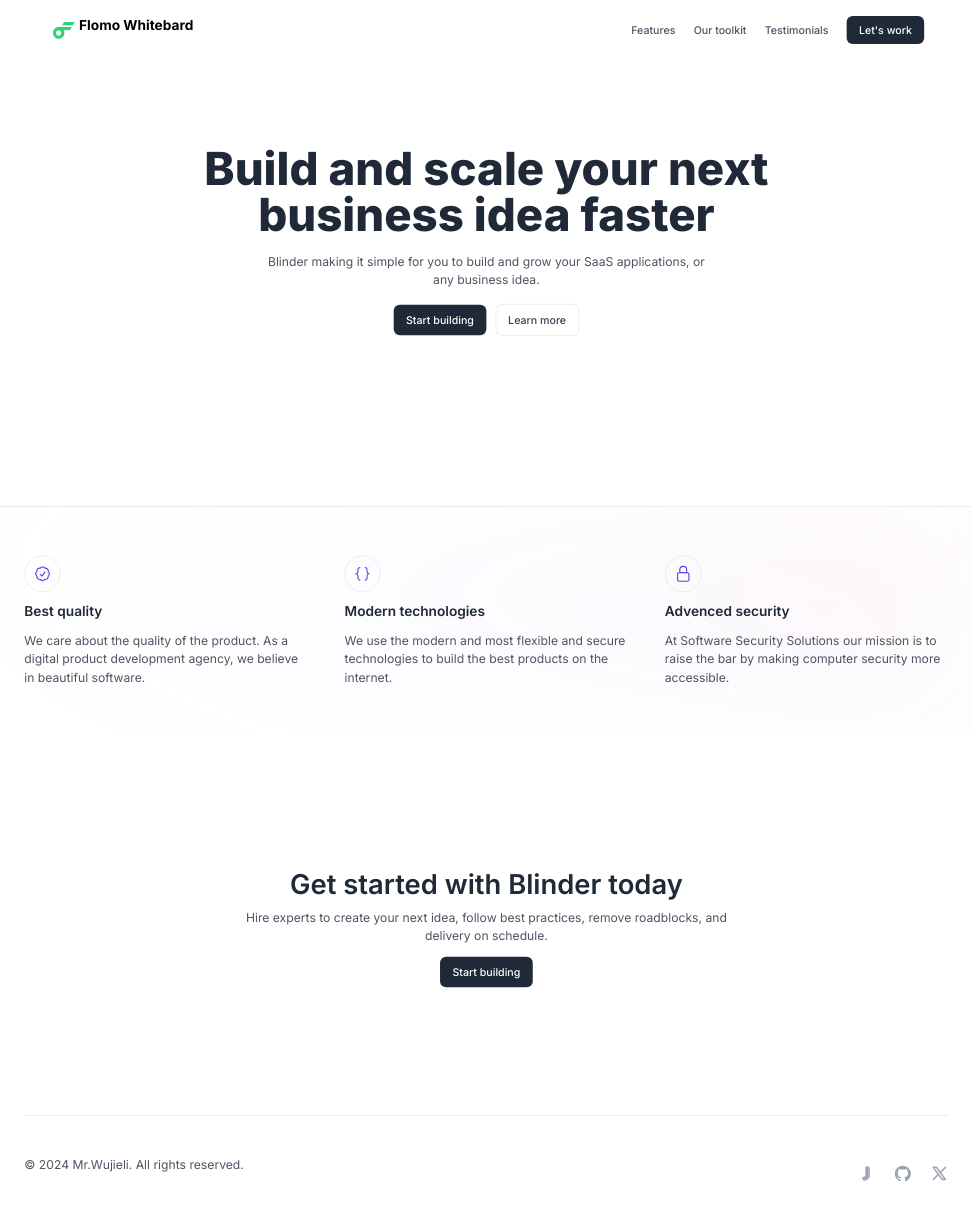
Repository: wujieli0207/flomo-board
Page: /
The author's editor kept a copy of each file at every save. The page is drawn from the files as they stood at one save, then again after the next save.
The browser window is 1280 px wide. The pictures show the whole page, at 76% of full size.
The project was rebuilt for these pictures with package versions that can differ from the ones it lists, and the page was loaded fresh each time. The framework's server and built-in components were replaced by stand-ins that run in the browser. Also part of the build but not shown: next.config.mjs.

Above is the page before, as saved 2024-06-22 20:00:23.

### app/page.tsx
import GradientWrapper from '@/components/GradientWrapper'
import Features from '@/components/ui/Features'
import Footer from '@/components/ui/Footer'
import FooterCTA from '@/components/ui/FooterCTA'
import Hero from '@/components/ui/Hero'
import Navbar from '@/components/ui/Navbar'

export default function Home() {
  return (
    <>
      <Navbar />
      <main className="flex min-h-screen flex-col items-center justify-between">
        <Hero />
        <GradientWrapper>
          <Features />
        </GradientWrapper>
        <FooterCTA />
      </main>
      <Footer />
    </>
  )
}

### app/globals.css
@tailwind base;
@tailwind components;
@tailwind utilities;

.custom-screen {
  @apply max-w-screen-xl mx-auto px-4 md:px-8;
}

.gradient-border {
  border: 1px solid transparent;
  background: linear-gradient(white, white),
    linear-gradient(
      25deg,
      rgba(209, 213, 219, 1),
      rgba(209, 213, 219, 1),
      rgba(0, 0, 0, 0.63),
      rgba(209, 213, 219, 1),
      rgba(209, 213, 219, 1)
    );
  background-clip: padding-box, border-box;
  background-origin: padding-box, border-box;
}

### components/GradientWrapper.tsx
import { ReactNode } from 'react'

interface IProps {
  children: ReactNode
  className?: string
}

const GradientWrapper = ({ children, className = '' }: IProps) => (
  <div
    className={`relative overflow-hidden my-16 border-t sm:my-28 ${
      className ?? ''
    }`}
  >
    <div
      className="blur-[100px] absolute inset-0 w-full h-full"
      style={{
        background:
          'linear-gradient(202.72deg, rgba(237, 78, 80, 0.05) 14.76%, rgba(152, 103, 240, 0.04) 34.37%, rgba(152, 103, 240, 0) 86.62%)',
      }}
    ></div>
    <div className="relative">{children}</div>
  </div>
)

export default GradientWrapper

### components/ui/Features/index.tsx
import SectionWrapper from '../../SectionWrapper'

const Features = () => {
  const features = [
    {
      icon: (
        <svg
          xmlns="http://www.w3.org/2000/svg"
          fill="none"
          viewBox="0 0 24 24"
          strokeWidth={1.5}
          stroke="currentColor"
          className="w-6 h-6"
        >
          <path
            strokeLinecap="round"
            strokeLinejoin="round"
            d="M9 12.75L11.25 15 15 9.75M21 12c0 1.268-.63 2.39-1.593 3.068a3.745 3.745 0 01-1.043 3.296 3.745 3.745 0 01-3.296 1.043A3.745 3.745 0 0112 21c-1.268 0-2.39-.63-3.068-1.593a3.746 3.746 0 01-3.296-1.043 3.745 3.745 0 01-1.043-3.296A3.745 3.745 0 013 12c0-1.268.63-2.39 1.593-3.068a3.745 3.745 0 011.043-3.296 3.746 3.746 0 013.296-1.043A3.746 3.746 0 0112 3c1.268 0 2.39.63 3.068 1.593a3.746 3.746 0 013.296 1.043 3.746 3.746 0 011.043 3.296A3.745 3.745 0 0121 12z"
          />
        </svg>
      ),
      title: 'Best quality',
      desc: 'We care about the quality of the product. As a digital product development agency, we believe in beautiful software.',
    },
    {
      icon: (
        <svg
          className="w-6 h-6"
          viewBox="0 0 24 24"
          fill="none"
          xmlns="http://www.w3.org/2000/svg"
        >
          <path
            fill-rule="evenodd"
            clip-rule="evenodd"
            d="M9 4.476V3H8.865C8.3955 3 7.941 3.093 7.5015 3.2775C7.06407 3.46087 6.66854 3.73136 6.339 4.0725C6.01829 4.39483 5.76667 4.77915 5.5995 5.202V5.2035C5.45069 5.60502 5.35097 6.02305 5.3025 6.4485V6.4515C5.25984 6.8816 5.24781 7.31419 5.2665 7.746C5.2845 8.181 5.2935 8.616 5.2935 9.0495C5.2935 9.354 5.2335 9.639 5.118 9.9075V9.909C4.89786 10.433 4.48805 10.8546 3.9705 11.0895C3.70659 11.2048 3.42148 11.2635 3.1335 11.262H3V12.738H3.135C3.4275 12.738 3.705 12.798 3.969 12.9195L3.9705 12.921C4.2375 13.038 4.464 13.197 4.653 13.398L4.656 13.401C4.851 13.596 5.0055 13.8285 5.1165 14.0985L5.118 14.1015C5.235 14.3715 5.2935 14.6535 5.2935 14.9505C5.2935 15.3855 5.2845 15.8205 5.2665 16.254C5.2485 16.698 5.2605 17.1315 5.3025 17.559V17.5605C5.352 17.985 5.451 18.3975 5.598 18.7965V18.798C5.757 19.2075 6.0045 19.584 6.339 19.9275C6.6735 20.2725 7.062 20.538 7.5015 20.7225C7.941 20.907 8.3955 21 8.8665 21H9V19.524H8.865C8.565 19.524 8.2845 19.467 8.0205 19.3515C7.76585 19.2325 7.53389 19.0701 7.335 18.8715C7.14192 18.666 6.98519 18.4291 6.8715 18.171C6.7605 17.901 6.7065 17.616 6.7065 17.3115C6.7065 16.9695 6.711 16.632 6.723 16.3035C6.735 15.9615 6.735 15.6285 6.723 15.306C6.71771 14.9845 6.69015 14.6637 6.6405 14.346C6.59278 14.0326 6.50819 13.726 6.3885 13.4325C6.15504 12.8646 5.77322 12.3698 5.283 12C5.77377 11.6304 6.15612 11.1356 6.39 10.5675C6.51 10.2795 6.5925 9.978 6.642 9.6645C6.6915 9.3495 6.7185 9.03 6.7245 8.7045C6.7365 8.3745 6.7365 8.0415 6.7245 7.7055C6.7125 7.3695 6.7065 7.0305 6.7065 6.6885C6.7039 6.25858 6.82703 5.83727 7.06076 5.47643C7.29448 5.11558 7.6286 4.83093 8.022 4.6575C8.28687 4.53605 8.57512 4.4741 8.8665 4.476H9ZM15 19.524V21H15.135C15.6045 21 16.059 20.907 16.4985 20.7225C16.938 20.538 17.3265 20.2725 17.661 19.9275C17.9955 19.5825 18.243 19.2075 18.4005 18.798V18.7965C18.5505 18.3975 18.648 17.982 18.6975 17.5515V17.5485C18.7395 17.1285 18.7515 16.698 18.7335 16.254C18.7155 15.819 18.7065 15.384 18.7065 14.9505C18.7065 14.646 18.7665 14.361 18.882 14.0925V14.091C19.1019 13.5668 19.5118 13.1452 20.0295 12.9105C20.2935 12.7954 20.5785 12.7367 20.8665 12.738H21V11.262H20.865C20.571 11.262 20.2935 11.202 20.0295 11.0805L20.028 11.079C19.7705 10.968 19.5382 10.8057 19.3455 10.602L19.3425 10.599C19.1443 10.3993 18.9878 10.1622 18.882 9.9015V9.8985C18.7648 9.63083 18.7045 9.34171 18.705 9.0495C18.705 8.6145 18.714 8.1795 18.732 7.746C18.7507 7.3107 18.7387 6.87461 18.696 6.441V6.4395C18.6474 6.01715 18.5482 5.60217 18.4005 5.2035V5.202C18.2329 4.77902 17.9807 4.39469 17.6595 4.0725C17.3299 3.7314 16.9344 3.46091 16.497 3.2775C16.0653 3.09415 15.601 2.99977 15.132 3H15V4.476H15.135C15.435 4.476 15.7155 4.533 15.978 4.6485C16.239 4.7715 16.467 4.9305 16.6635 5.1285C16.854 5.3295 17.0085 5.5635 17.127 5.829C17.238 6.099 17.292 6.384 17.292 6.6885C17.292 7.0305 17.2875 7.3665 17.2755 7.6965C17.2635 8.0385 17.2635 8.3715 17.2755 8.694C17.2815 9.027 17.3085 9.3465 17.358 9.654C17.4075 9.975 17.4915 10.278 17.61 10.5675C17.8439 11.1356 18.2263 11.6303 18.717 12C18.2263 12.3697 17.8439 12.8644 17.61 13.4325C17.4912 13.7227 17.4066 14.0257 17.358 14.3355C17.3085 14.6505 17.2815 14.97 17.2755 15.2955C17.2634 15.6284 17.2634 15.9616 17.2755 16.2945C17.2875 16.6305 17.2935 16.9695 17.2935 17.3115C17.2959 17.7414 17.1727 18.1626 16.939 18.5234C16.7053 18.8842 16.3713 19.1689 15.978 19.3425C15.7131 19.4639 15.4249 19.5259 15.1335 19.524H15Z"
            fill="currentColor"
          />
        </svg>
      ),
      title: 'Modern technologies',
      desc: 'We use the modern and most flexible and secure technologies to build the best products on the internet.',
    },
    {
      icon: (
        <svg
          xmlns="http://www.w3.org/2000/svg"
          fill="none"
          viewBox="0 0 24 24"
          strokeWidth={1.5}
          stroke="currentColor"
          className="w-6 h-6"
        >
          <path
            strokeLinecap="round"
            strokeLinejoin="round"
            d="M16.5 10.5V6.75a4.5 4.5 0 10-9 0v3.75m-.75 11.25h10.5a2.25 2.25 0 002.25-2.25v-6.75a2.25 2.25 0 00-2.25-2.25H6.75a2.25 2.25 0 00-2.25 2.25v6.75a2.25 2.25 0 002.25 2.25z"
          />
        </svg>
      ),
      title: 'Advenced security',
      desc: 'At Software Security Solutions our mission is to raise the bar by making computer security more accessible.',
    },
  ]

  return (
    <SectionWrapper>
      <div id="features" className="custom-screen text-gray-600">
        <ul className="grid gap-x-12 gap-y-8 sm:grid-cols-2 lg:grid-cols-3">
          {features.map((item, idx) => (
            <li key={idx} className="space-y-3">
              <div className="w-12 h-12 border text-indigo-600 rounded-full flex items-center justify-center">
                {item.icon}
              </div>
              <h4 className="text-lg text-gray-800 font-semibold">
                {item.title}
              </h4>
              <p>{item.desc}</p>
            </li>
          ))}
        </ul>
      </div>
    </SectionWrapper>
  )
}

export default Features

### components/ui/Footer/index.tsx
import Link from 'next/link'

const socialInfo = [
  {
    icon: (
      <svg
        className="fill-current h-6"
        viewBox="0 0 1024 1024"
        version="1.1"
        xmlns="http://www.w3.org/2000/svg"
        p-id="11966"
      >
        <path
          d="M297.88660622 864.60698169a17.99472925 17.99472925 0 0 1-1.92238933 0.35535076l61.27179093 59.73970488c58.91832035-5.41181725 116.59000035-20.90744035 159.05150293-36.26325333 42.49645511-15.39076551 77.44316302-35.15642311 104.9100288-59.38435413a221.79130027 221.79130027 0 0 0 61.02129778-87.27647574c13.18293049-33.98551325 19.77148302-73.20225565 19.77148302-117.66187804V404.55008711c0-49.51608889 0.18058809-92.43779982 0.53593885-128.73600569 0.35535075-36.3331584 0.57089138-69.10698382 0.57089138-98.42633387l-68.53609245-54.67741297c0 29.24361955-0.18058809 62.01744498-0.53593884 98.31565084s-0.53593885 79.22574222-0.53593884 128.73600569v219.57763982c0 44.45379698-6.58855253 83.6763648-19.77148303 117.62692552a221.8786816 221.8786816 0 0 1-61.02129777 87.27647573c-27.43191325 24.2221056-62.40774827 44.02854115-104.9100288 59.38435413-41.93138915 15.16357405-91.9076864 25.49787307-149.89976463 30.97959538z"
          p-id="11967"
        ></path>
        <path
          d="M634.59018525 122.59965155c0 29.27857209-0.21554062 62.08735005-0.57089138 98.39138134a13396.43221333 13396.43221333 0 0 0-0.53593885 128.77678364v219.57763982c0 44.45379698-6.58855253 83.6763648-19.80643555 117.62692552a221.85537991 221.85537991 0 0 1-60.98634525 87.27647573c-27.46686578 24.2221056-62.44852622 44.02854115-104.9100288 59.38435413s-93.15432675 25.75419165-152.07264711 31.17183432l-33.05927111-142.02379378c26.85519645-2.98261618 53.48320142-7.79441493 79.68595058-14.38879289a165.97210453 165.97210453 0 0 0 59.62902187-28.46301298c18.05880889-14.06839467 31.70194773-31.77767822 40.96436906-53.1103744 9.19251627-21.3385216 13.78294898-49.51608889 13.78294898-84.5676544 0-28.21251982 0.1048576-57.92217315 0.28544569-89.19886507 0.18058809-31.24173938 0.25049315-63.51457849 0.25049315-96.74861226 0-57.85226809-0.25049315-103.83815111-0.786432-137.99842702-0.57089138-34.16027591-0.9961472-66.04281173-1.35149795-95.68256h179.42882987l0.0524288-0.0233017z"
          p-id="11968"
        ></path>
      </svg>
    ),
    href: 'https://web.okjike.com/u/737645D8-42B5-4B4F-9687-DCA50D85DE1A',
  },
  {
    icon: (
      <svg
        className="fill-current h-6 icon"
        viewBox="0 0 1024 1024"
        version="1.1"
        xmlns="http://www.w3.org/2000/svg"
        p-id="10708"
      >
        <path
          d="M511.6 76.3C264.3 76.2 64 276.4 64 523.5 64 718.9 189.3 885 363.8 946c23.5 5.9 19.9-10.8 19.9-22.2v-77.5c-135.7 15.9-141.2-73.9-150.3-88.9C215 726 171.5 718 184.5 703c30.9-15.9 62.4 4 98.9 57.9 26.4 39.1 77.9 32.5 104 26 5.7-23.5 17.9-44.5 34.7-60.8-140.6-25.2-199.2-111-199.2-213 0-49.5 16.3-95 48.3-131.7-20.4-60.5 1.9-112.3 4.9-120 58.1-5.2 118.5 41.6 123.2 45.3 33-8.9 70.7-13.6 112.9-13.6 42.4 0 80.2 4.9 113.5 13.9 11.3-8.6 67.3-48.8 121.3-43.9 2.9 7.7 24.7 58.3 5.5 118 32.4 36.8 48.9 82.7 48.9 132.3 0 102.2-59 188.1-200 212.9 23.5 23.2 38.1 55.4 38.1 91v112.5c0.8 9 0 17.9 15 17.9 177.1-59.7 304.6-227 304.6-424.1 0-247.2-200.4-447.3-447.5-447.3z"
          p-id="10709"
        ></path>
      </svg>
    ),
    href: 'https://github.com/wujieli0207',
  },
  {
    icon: (
      <svg
        xmlns="http://www.w3.org/2000/svg"
        width="24"
        height="24"
        viewBox="0 0 24 24"
        fill="none"
        stroke="currentColor"
        stroke-width="2"
        stroke-linecap="round"
        stroke-linejoin="round"
      >
        <path stroke="none" d="M0 0h24v24H0z" fill="none" />
        <path d="M4 4l11.733 16h4.267l-11.733 -16z" />
        <path d="M4 20l6.768 -6.768m2.46 -2.46l6.772 -6.772" />
      </svg>
    ),
    href: 'https://x.com/li_wujie',
  },
]

const Footer = () => (
  <footer>
    <div className="custom-screen pt-16">
      <div className="mt-10 py-10 border-t items-center justify-between sm:flex">
        <p className="text-gray-600">
          © 2024{' '}
          <Link
            href="https://wujieli.com"
            target="_blank"
            className="hover:text-gray-800 hover:underline duration-150"
          >
            Mr.Wujieli
          </Link>
          . All rights reserved.
        </p>
        <div className="flex items-center gap-x-6 text-gray-400 mt-6">
          {socialInfo.map((item, idx) => (
            <a
              key={idx}
              href={item.href}
              aria-label="social media"
              target="_blank"
              rel="noreferrer"
            >
              {item.icon}
            </a>
          ))}
        </div>
      </div>
    </div>
  </footer>
)

export default Footer

### components/ui/FooterCTA/index.tsx
import SectionWrapper from '../../SectionWrapper'
import NavLink from '../NavLink'

const FooterCTA = () => (
  <SectionWrapper>
    <div className="custom-screen">
      <div className="max-w-2xl mx-auto text-center">
        <h2 className="text-gray-800 text-3xl font-semibold sm:text-4xl">
          Get started with Blinder today
        </h2>
        <p className="mt-3 text-gray-600">
          Hire experts to create your next idea, follow best practices, remove
          roadblocks, and delivery on schedule.
        </p>
        <NavLink
          href="/get-started"
          className="mt-4 inline-block font-medium text-sm text-white bg-gray-800 hover:bg-gray-600 active:bg-gray-900"
        >
          Start building
        </NavLink>
      </div>
    </div>
  </SectionWrapper>
)

export default FooterCTA

### components/ui/Hero/index.tsx
import NavLink from '../NavLink'

const Hero = () => (
  <section>
    <div className="custom-screen py-28 text-gray-600">
      <div className="space-y-5 max-w-4xl mx-auto text-center">
        <h1 className="text-4xl text-gray-800 font-extrabold mx-auto sm:text-6xl">
          Build and scale your next business idea faster
        </h1>
        <p className="max-w-xl mx-auto">
          Blinder making it simple for you to build and grow your SaaS
          applications, or any business idea.
        </p>
        <div className="flex items-center justify-center gap-x-3 font-medium text-sm">
          <NavLink
            href="/get-started"
            className="text-white bg-gray-800 hover:bg-gray-600 active:bg-gray-900 "
          >
            Start building
          </NavLink>
          <NavLink
            href="#cta"
            className="text-gray-700 border hover:bg-gray-50"
          >
            Learn more
          </NavLink>
        </div>
      </div>
    </div>
  </section>
)

export default Hero

### components/ui/Navbar/index.tsx
'use client'

import Link from 'next/link'
import { useEffect, useState } from 'react'
import Brand from '../Brand'
import NavLink from '../NavLink'

const Navbar = () => {
  const [state, setState] = useState(false)
  // const { events } = useRouter()

  const navigation = [
    { title: 'Features', path: '#features' },
    { title: 'Our toolkit', path: '#toolkit' },
    { title: 'Testimonials', path: '#testimonials' },
  ]

  useEffect(() => {
    // Close the navbar menu when navigate
    const handleState = () => {
      document.body.classList.remove('overflow-hidden')
      setState(false)
    }
    // events.on('routeChangeStart', () => handleState())
    // events.on('hashChangeStart', () => handleState())
  }, [])

  const handleNavMenu = () => {
    setState(!state)
    document.body.classList.toggle('overflow-hidden')
  }

  return (
    <nav
      className={`bg-white w-full px-8 md:static md:text-sm ${
        state ? 'fixed z-10 h-full' : ''
      }`}
    >
      <div className="custom-screen items-center mx-auto md:flex">
        <div className="flex items-center justify-between py-3 md:py-5 md:block">
          <Brand />
          <div className="md:hidden">
            <button
              role="button"
              aria-label="Open the menu"
              className="text-gray-500 hover:text-gray-800"
              onClick={handleNavMenu}
            >
              {state ? (
                <svg
                  xmlns="http://www.w3.org/2000/svg"
                  className="h-6 w-6"
                  viewBox="0 0 20 20"
                  fill="currentColor"
                >
                  <path
                    fillRule="evenodd"
                    d="M4.293 4.293a1 1 0 011.414 0L10 8.586l4.293-4.293a1 1 0 111.414 1.414L11.414 10l4.293 4.293a1 1 0 01-1.414 1.414L10 11.414l-4.293 4.293a1 1 0 01-1.414-1.414L8.586 10 4.293 5.707a1 1 0 010-1.414z"
                    clipRule="evenodd"
                  />
                </svg>
              ) : (
                <svg
                  xmlns="http://www.w3.org/2000/svg"
                  fill="none"
                  viewBox="0 0 24 24"
                  strokeWidth={1.5}
                  stroke="currentColor"
                  className="w-6 h-6"
                >
                  <path
                    strokeLinecap="round"
                    strokeLinejoin="round"
                    d="M3.75 6.75h16.5M3.75 12h16.5m-16.5 5.25h16.5"
                  />
                </svg>
              )}
            </button>
          </div>
        </div>
        <div
          className={`flex-1 pb-3 mt-8 md:pb-0 md:mt-0 md:block ${
            state ? '' : 'hidden'
          }`}
        >
          <ul className="text-gray-700 justify-end items-center space-y-6 md:flex md:space-x-6 md:space-y-0 md:text-gray-600 md:font-medium">
            {navigation.map((item, idx) => {
              return (
                <li key={idx} className="duration-150 hover:text-gray-900">
                  <Link href={item.path} className="block">
                    {item.title}
                  </Link>
                </li>
              )
            })}
            <li>
              <NavLink
                href="/get-started"
                className="block font-medium text-sm text-white bg-gray-800 hover:bg-gray-600 active:bg-gray-900 md:inline"
              >
                Let's work
              </NavLink>
            </li>
          </ul>
        </div>
      </div>
    </nav>
  )
}

export default Navbar

### components/SectionWrapper.tsx
import { ReactNode } from 'react'

interface IProps {
  children: ReactNode
  id?: string
  className?: string
}

const SectionWrapper = ({ children, id, className }: IProps) => (
  <section id={id} className={`py-16 ${className ?? ''}`}>
    {children}
  </section>
)

export default SectionWrapper

### components/ui/NavLink/index.tsx
import Link from 'next/link'
import { ReactNode } from 'react'

interface IProps {
  children: ReactNode
  href: string
  className?: string
}

const NavLink = ({ children, href, className = '' }: IProps) => (
  <Link
    href={href}
    className={`py-2.5 px-4 text-center rounded-lg duration-150 ${className}`}
  >
    {children}
  </Link>
)

export default NavLink

### components/ui/Brand/index.tsx
import Image from 'next/image'
import Link from 'next/link'

const Brand = () => (
  <Link href="/" className="flex">
    <Image src="/logo.svg" width={40} height={40} alt="logo" />
    <h1 className="text-lg font-bold">Flomo Whitebard</h1>
  </Link>
)
export default Brand

### tailwind.config.ts
import type { Config } from 'tailwindcss'

const config: Config = {
  content: [
    './pages/**/*.{js,ts,jsx,tsx,mdx}',
    './components/**/*.{js,ts,jsx,tsx,mdx}',
    './app/**/*.{js,ts,jsx,tsx,mdx}',
  ],
  theme: {
    extend: {
      backgroundImage: {
        'gradient-radial': 'radial-gradient(var(--tw-gradient-stops))',
        'gradient-conic':
          'conic-gradient(from 180deg at 50% 50%, var(--tw-gradient-stops))',
      },
    },
  },
  plugins: [
    require('@tailwindcss/forms')({
      strategy: 'class', // only generate classes
    }),
  ],
}
export default config

Loaded but not shown: app/layout.tsx (common file)

After the next save:
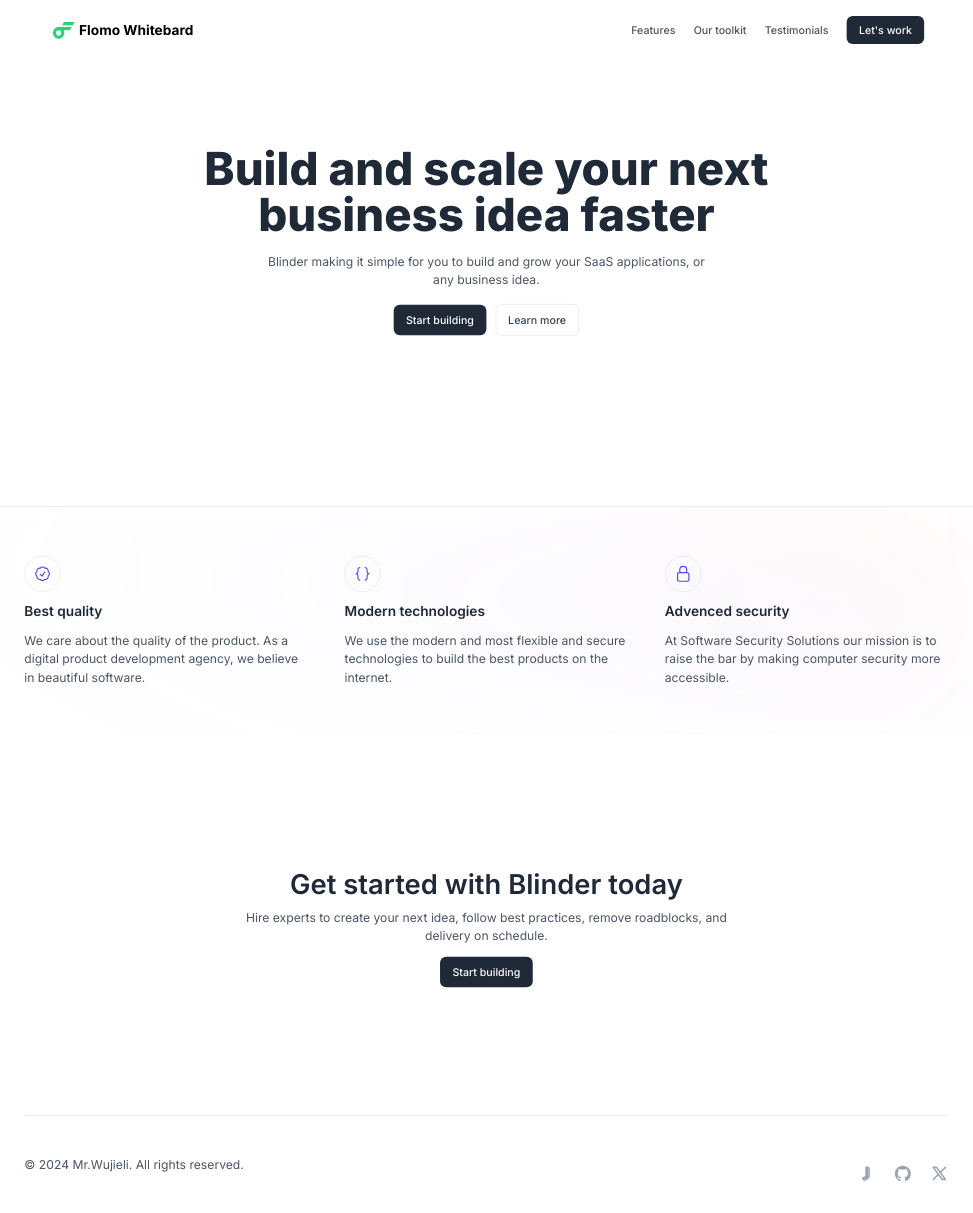
Saved 6 s later.
--- a/components/ui/Brand/index.tsx
+++ b/components/ui/Brand/index.tsx
@@ -2,7 +2,7 @@
 import Link from 'next/link'
 
 const Brand = () => (
-  <Link href="/" className="flex">
+  <Link href="/" className="flex items-center">
     <Image src="/logo.svg" width={40} height={40} alt="logo" />
     <h1 className="text-lg font-bold">Flomo Whitebard</h1>
   </Link>
